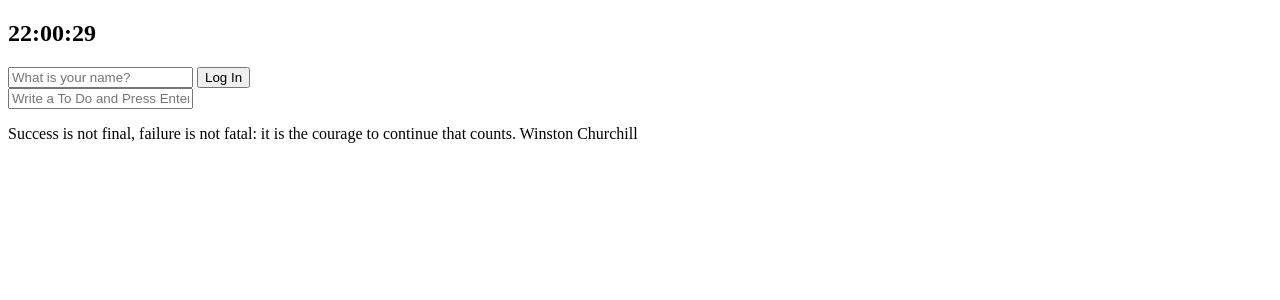
Repository: yoonanimous/ChromeApp
Page: index.html
An editor plug-in stored every save of this project. The page is shown before and after the next save, followed by the edit.
The browser window is 1280 px wide. The pictures show the whole page.

Above is the page before, as saved 2022-12-04 20:04:53.

After the next save:
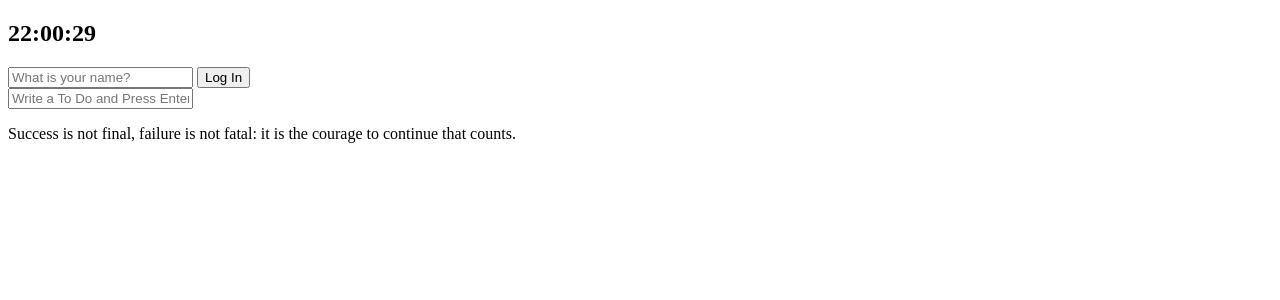
Console error: ReferenceError: author is not defined
Saved 39 s later.
--- a/index.html
+++ b/index.html
@@ -31,7 +31,7 @@
 		<ul id="todo-list"></ul>
 		<div id="quote">
 			<span></span>
-			<span id="author"></span>
+			<span></span>
 		</div>
 	</body>
 </html>

After the save that followed:
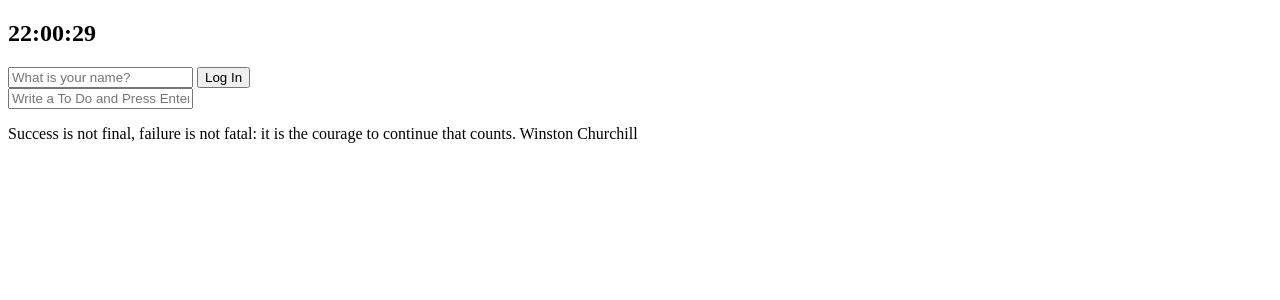
The error is gone.
Saved 22 s later.
--- a/js/quotes.js
+++ b/js/quotes.js
@@ -23,7 +23,7 @@ const quotes = [
 ];
 
 const quote = document.querySelector("#quote span:first-child");
-const auhtor = document.querySelector("#quote span:last-child");
+const author = document.querySelector("#quote span:last-child");
 const todaysQuote = quotes[Math.floor(Math.random() * quotes.length)];
 
 quote.innerText = todaysQuote.quote;
